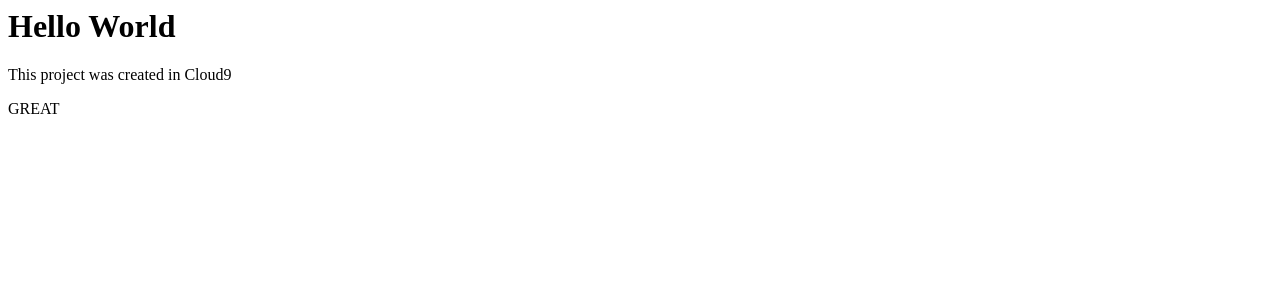
Repository: TSRose/my-first-website
Page: Stream-one.html
The author's editor kept a record of every edit. The page is drawn from the files as they stood at one moment, then again after the next edit.
The browser window is 1280 px wide. The pictures show the whole page.

Above is the page before.

### Stream-one.html
<html>
    <head>
        <title>Hello World</title>
        </head>

        <body>
            <h1>Hello World</h1>
            <p>This project was created in Cloud9</p>
            <p>GREAT</p>
        </body>
</html>

After the next edit:
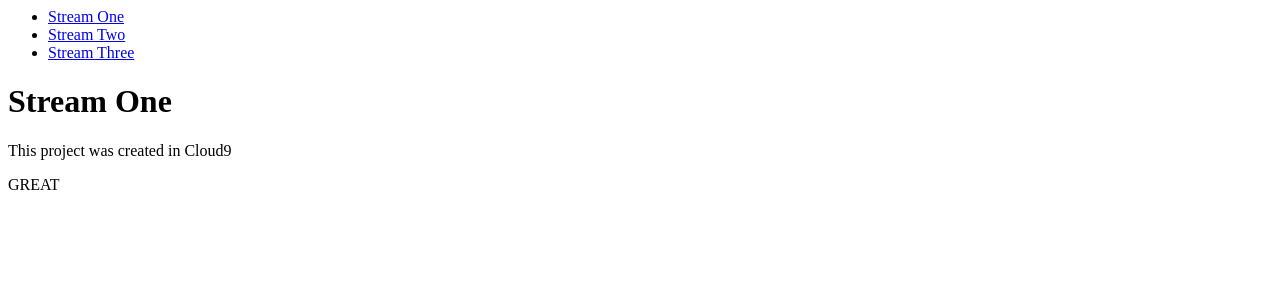
The edit:
--- a/Stream-one.html
+++ b/Stream-one.html
@@ -4,7 +4,14 @@
         </head>
 
         <body>
-            <h1>Hello World</h1>
+            <nav>
+                <ul>
+                    <li><a href="streamone.html">Stream One</a></li>
+                    <li><a href="streamtwo.html">Stream Two</a></li>
+                    <li><a href="streamthree.html">Stream Three</a></li>
+                </ul>
+            </nav>
+            <h1>Stream One</h1>
             <p>This project was created in Cloud9</p>
             <p>GREAT</p>
         </body>
